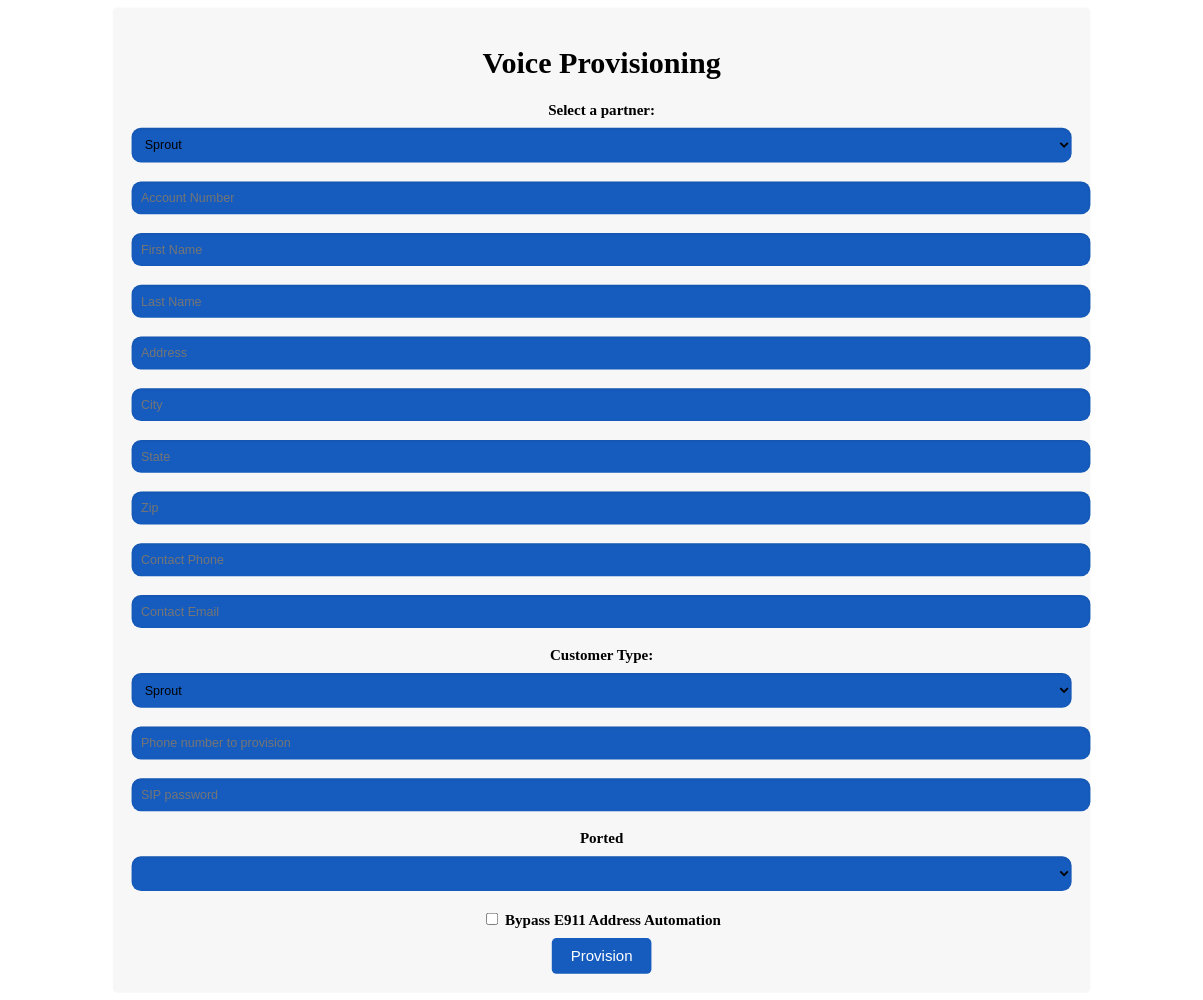
Repository: smallchungus/logiccom
Page: /
An editor plug-in stored every save of this project. The page is shown before and after the next save, followed by the edit.
The browser window is 1280 px wide. The pictures show the whole page, at 94% of full size.
The project was rebuilt for these pictures with package versions that can differ from the ones it lists, and the page was loaded fresh each time. Also part of the build but not shown: vite.config.ts.

Above is the page before, as saved 2023-05-04 11:41:25.

### src/App.vue
<style src="./styles.css"></style>


<template>


<form>
  <header>
    <h1>Voice Provisioning</h1>
  </header>
      <div class="form-group">
        <label for="partner">Select a partner:</label>
        <select id="partner" name="partner">
          <option value="Sprout">Sprout</option>
          <option value="option2">Option 2</option>
        </select>
      </div>

      <div class="form-group">
        <input type="text" id="accountNum" name="accountNum" placeholder="Account Number">
      </div>

      <div class="form-group">
        <input type="text" id="firstName" name="firstName" placeholder="First Name">
      </div>

      <div class="form-group">
        <input type="text" id="lastName" name="lastName" placeholder="Last Name">
      </div>

      <div class="form-group">
        <input type="text" id="address" name="address" placeholder="Address">
      </div>

      <div class="form-group">
        <input type="text" id="city" name="city" placeholder="City">
      </div>

      <div class="form-group">
        <input type="text" id="state" name="state" placeholder="State">
      </div>

      <div class="form-group">
        <input type="text" id="zip" name="zip" placeholder="Zip">
      </div>

      <div class="form-group">
        <input type="text" id="contactPhone" name="contactPhone" placeholder="Contact Phone">
      </div>

      <div class="form-group">
        <input type="text" id="contactEmail" name="contactEmail" placeholder="Contact Email">
      </div>

      <div class="form-group">
        <label for="customerType">Customer Type:</label>
        <select id="customerType" name="customerType">
          <option value="Sprout">Sprout</option>
          <option value="option2">Option 2</option>
        </select>
      </div>

      <div class="form-group">
        <input type="text" id="phoneToProv" name="phoneToProv" placeholder="Phone number to provision">
      </div>

      <div class="form-group">
        <input type="password" id="sipPassword" name="sipPassword" placeholder="SIP password">
      </div>


    <label for="ported">Ported</label>
    <select id="ported" name="ported">
      <option value=""></option>
      <option value="option2">Option 2</option>
    </select>

    <label>
      <input type="checkbox" >
      Bypass E911 Address Automation
    </label>

    <button type="submit">Provision</button>
  </form>
</template>

### src/styles.css
header {
    text-align: center;
    margin: 0 auto;
  }

  body {
    text-align: center;
  }

  form {
    background-color: #f7f7f7;
    border-radius: 5px;
    padding: 20px;
    margin: 0 auto;
    max-width: 1000px;
  }

  label {
    display: block;
    font-weight: bold;
    margin-bottom: 10px;
  }

  input[type="text"],
  input[type="password"],
  select {
    background-color: #165cbe;
    width: 100%;
    padding: 10px;
    border: none;
    border-radius: 10px;
    margin-bottom: 20px;
    box-shadow: inset 0px 1px 3px rgba(0, 0, 0, 0.1);
  }

  button[type="submit"] {
    background-color: #165cbe;
    color: #fff;
    border: none;
    border-radius: 5px;
    padding: 10px 20px;
    font-size: 16px;
    cursor: pointer;
  }

  @media (min-width: 1024px) {
    header {
      display: flex;
      justify-content: center;
      align-items: center;
    }
  }

Loaded but not shown: index.html (common file); src/main.ts (common file)

After the next save:
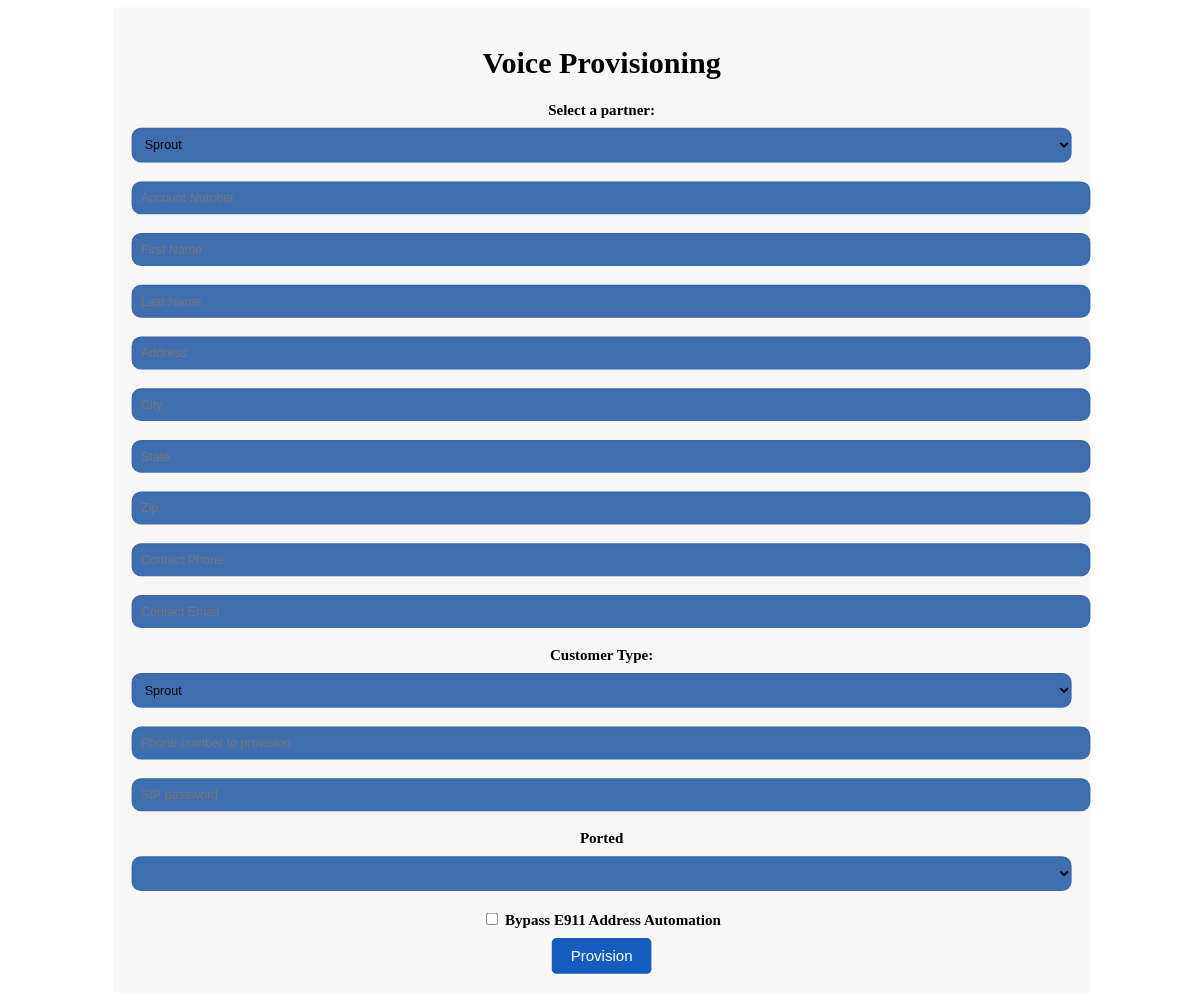
Saved 7 s later.
--- a/src/styles.css
+++ b/src/styles.css
@@ -24,7 +24,7 @@ header {
   input[type="text"],
   input[type="password"],
   select {
-    background-color: #165cbe;
+    background-color: #3f6eb0;
     width: 100%;
     padding: 10px;
     border: none;
